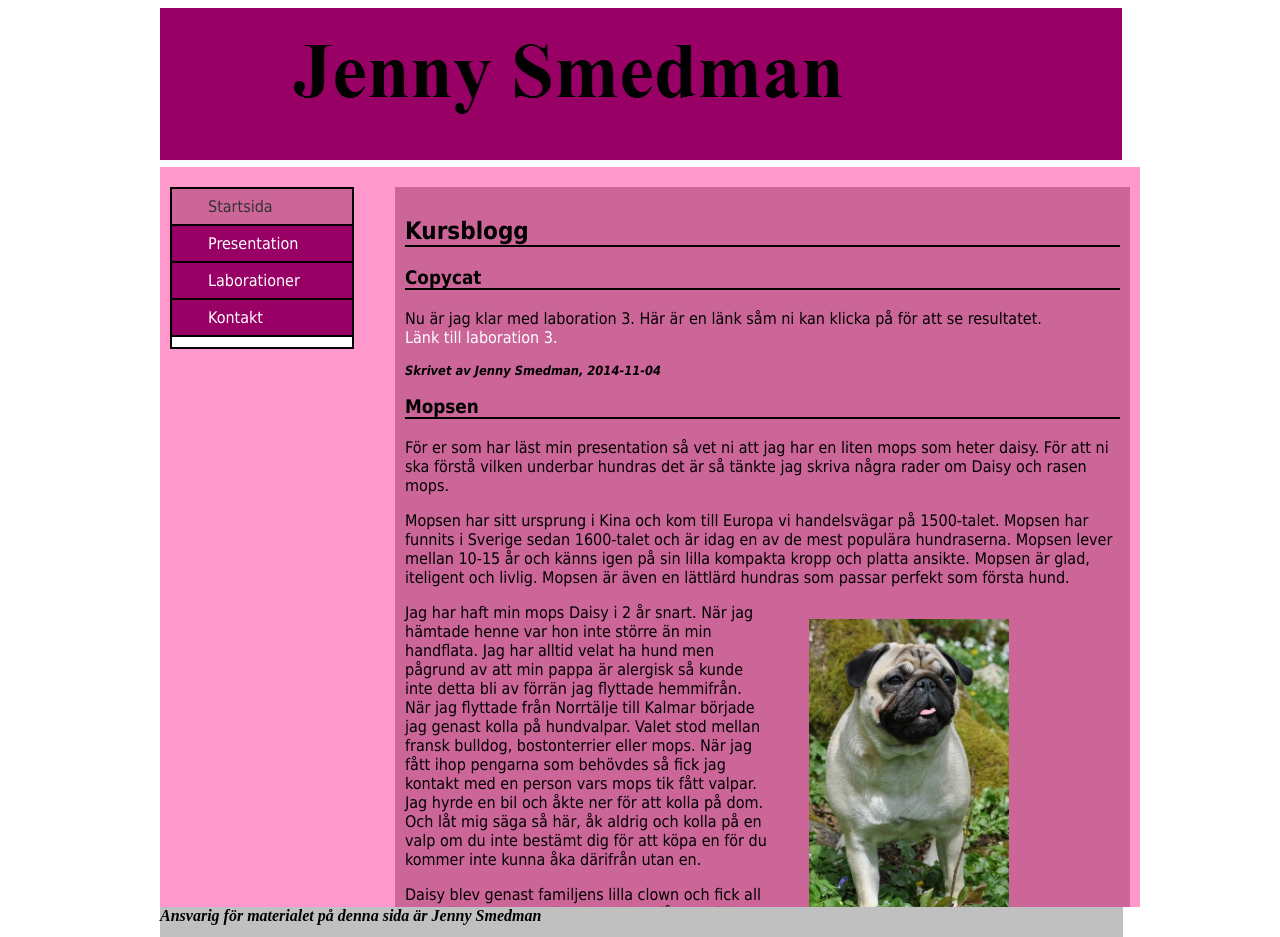
Repository: js223mx/1ik415-js223mx-laborationer
Page: pages/lab5index.html
The author's editor kept a record of every edit. The page is drawn from the files as they stood at one moment, then again after the next edit.
The browser window is 1280 px wide. The pictures show the whole page.
An inner scrolling area shows only its first screen.

Above is the page before.

### pages/lab5index.html
<!docktype html>
<html lang="sv">

    <head>

            <meta charset="utf-8" />
            <meta name="viewport" content="width=device-width, initial-scale=1" />
            <title>Jenny Smedmans webbsida</title>

            <link rel="stylesheet" media="screen and (max-width: 480px)" href="../css/sp.css" />
            <link rel="stylesheet" media="screen and (min-width: 481px)" href="../css/lab5.css" />


  </head>
    <body>


    <div id="container">
    <header id="header">
            <div class="loggodiv"></div>
            </header>

    <main>
            <nav id="navside">
            <a href="../index.html" class="active">Startsida</a>
            <a href="presentation.html">Presentation</a>
            <a href="laborationer.html">Laborationer</a>
            <a href="kontakt.html">Kontakt</a>
            </nav>

            <section>

            <h2>Kursblogg</h2>

            <article>
                <h3 id="blogg">Copycat</h3>
                <p>Nu är jag klar med laboration 3. Här är en länk såm ni kan klicka på för att se resultatet.<br>
                    <a href="https://preview.c9.io/js223mx/uppgift-3-3/index.html?_c9_id=livepreview1&_c9_host=https://ide.c9.io">Länk till laboration 3.</a>
                </p>
                <p id="signed">Skrivet av Jenny Smedman, 2014-11-04</p>
            </article>

            <article>
                    <h3 id="blogg">Mopsen</h3>
                    <p>För er som har läst min presentation så vet ni att jag har en liten mops som heter daisy.
                        För att ni ska förstå vilken underbar hundras det är så tänkte jag skriva några rader om Daisy och rasen mops.
                    </p>
                    <p>Mopsen har sitt ursprung i Kina och kom till Europa vi handelsvägar på 1500-talet. Mopsen har funnits i Sverige sedan
                        1600-talet och är idag en av de mest populära hundraserna. Mopsen lever mellan 10-15 år och känns igen på sin lilla
                        kompakta kropp och platta ansikte. Mopsen är glad, iteligent och livlig. Mopsen är även en lättlärd hundras som passar
                        perfekt som första hund.
                    </p>
                    <figure class="right top">
                        <img src="../pics/daisy.jpg" alt="Detta är daisy." height="300" width="200" />
                        <figcaption>Detta är en bild på Daisy våren 2014.</figcaption>
                    </figure>

                    <p>Jag har haft min mops Daisy i 2 år snart. När jag hämtade henne var hon inte större än min handflata. Jag har alltid velat ha hund
                        men pågrund av att min pappa är alergisk så kunde inte detta bli av förrän jag flyttade hemmifrån. När jag flyttade från Norrtälje till
                        Kalmar började jag genast kolla på hundvalpar. Valet stod mellan fransk bulldog, bostonterrier eller mops. När jag fått ihop pengarna som
                        behövdes så fick jag kontakt med en person vars mops tik fått valpar. Jag hyrde en bil och åkte ner för att kolla på dom. Och låt mig säga
                        så här, åk aldrig och kolla på en valp om du inte bestämt dig för att köpa en för du kommer inte kunna åka därifrån utan en.
                    </p>
                    <p>Daisy blev genast familjens lilla clown och fick all uppmärksamhet en liten hund kan få. Hon fick dessutom mig att orka gå igenom
                        svåra tider och beslut. Hon är min bästa vän och vad som än händer så kan jag alltid lita på att hon blir lika glad när hon ser mig.
                    </p>
                    <p id="signed">Skrivet av Jenny Smedman, 2014-10-09</p>
            </article>
            <article>
                <h3 id="video">Videotaggen</h3>

                    <video controls width="320" height="240" preload="none" id="videon">
                        <source src="http://mirrorblender.top-ix.org/peach/bigbuckbunny_movies/big_buck_bunny_480p_stereo.ogg" type="video/ogg" />
                        <source src="http://download.blender.org/peach/bigbuckbunny_movies/big_buck_bunny_480p_surround-fix.avi" type="video/mpeg" />
                        <p>Din webbläsare stödjer inte video</p>
                    </video>

                    <p>Video med tillstånd av
                        <a href="http://www.bigbuckbunny.org/" target="_blank">Big Buck Bunny</a>
                    </p>
                   <p id="signed">Skrivet av Jenny Smedman, 2014-10-02</p>
            </article>

            <article>
                <h3 id="blogg">En ankarlänk</h3>

                    <p>Här kommer en länk till min bild som ligger på presentationssidan.</p><br>
                    <a href="presentation.html#jag">Länk till min bild</a>
                    <p id="signed">Skrivet av Jenny Smedman, 2014-10-01</p>
            </article>

            <article>
                <h3 id="blogg">En svg-bild</h3>

                    <p>Nu har jag skapat en svg-bild (Scalable Vector Graphics).</p>
                    <img id="svgbild" src="../pics/svgbild.svg" alt="Lite former" />
                <p id="signed">Skrivet av Jenny Smedaman, 2014-09-30</p>
            </article>

            <article>
                <h3 id="blogg">Ett första inlägg</h3>

                    <p>Hej alla! Detta är mitt första blogginlägg på min nya webbsida. Här kommer jag skriva lite om
                    de laborationer jag gör och hur det går för mig som nybliven student vid webbprogrammerarprogrammet.
                    </p>
                <p id="signed">Skrivet av Jenny, 2014-09-22</p>
            </article>

            <section id=aside>
                <aside>
                    <h2>Aside</h2>
                    <p>Nå mig på facebook</p>
                </aside>
            </section>
             </section>
        </main>

        <footer id="ccfooter">Ansvarig för materialet på denna sida är Jenny Smedman</footer>
        </div>
    </body>

</html>

### css/lab5.css

html{
 height:100%;
}

body{
    background-color: #FFFFFF;
    min-height: 100% !important;
    height: 100;
}
#container{
    margin: 0 auto;
    width: 960px;
}
#header{
   height: 132px;
   width:942px;
   padding: 10px;


   margin-bottom: 7px;
   background-color: #990066;

}
.loggodiv{
   background-color: #990066;
    width: 940px;
    margin-bottom: 10px; background: url("min-logga.png") no-repeat;
    height: 120px;
    margin-left: auto;
    margin-right: auto;
}
main{
    width: 960px;
    margin-left: auto;
    margin-right: auto;
    overflow: scroll;
    background-color: #FF99CC;
    height: 100%;
    font-family: "Tahoma", Geneva, sans-serif;
    padding: 10px;

}

#navside{
    width: 180px;
    float: left;
    background-color: #FFFFFF;
    height: 22%;
    margin-right: 14px;
    margin-top:10px;
    border:2px solid black;
}
nav a{
    background: #990066;
	border-bottom: 2px solid black;
	color: #ccc;
	display: block;
	margin: 0px;
	padding: 8px 12px;
	text-decoration: none;
	text-indent: 24px;
}
nav a:hover
{
    background: #CC6699;
	color: #fff;
}
nav .active {
    background-color: #CC6699;
	color: #333;
}
section{
 display: block;
 background-color: #CC6699;
 width: 715px;
 margin-top: 10px;
 padding:10px;
 float:right;

}
article{

}
#aside{
 display:block;
 height:120px;
 width:145px;
 background-color:#FFFFFF;
 border: 2px solid black;
 padding: 5px;
 float:left;
}
#aside{
    width:181px;
}
#ccfooter{
    background-color: #C0C0C0;
    font-style: oblique;
    font-weight: bold;
    font-size: 100%;
    height:30px;
    width:963px;
}

h1{

}
h2{
    font-size: 150%;
    border-bottom: 2px solid black;
}
h3{
    border-bottom: 2px solid #000000;
    background-color:transparent;
    border-bottom: 2px solid black;
}
#signed{
    font-style: oblique;
    font-weight: bold;
    font-size: 80%;
}

main a {
    text-decoration: none;
    color: #FFFFFF;
}
main a:hover {
    text-decoration: underline;
}
figure{
    float:right;
}

### css/sp.css
html {

}
body {
    background-color: #FFCCCC;

}
#container {
    max-width: 480px;
    width:100%;
}
#content {
    padding:5px;
    background-color: #CC6699;
    font-family: "Tahoma", Geneva, sans-serif;
}
#header {
    display:none;
}
#footer {
    background-color: #C0C0C0;
}
#footer p {
    margin:0;
    text-align:center;
    padding:5px;
}
/* body backgroundcolor: #FFCCCC
    navigation backgroundcolor: #FFFFFF
    content backgroundcolor: #CC6699
    header backgroundcolor: #990066
    footer backgroundcolor: #C0C0C0 */
#svgbild
{
    width:100%;
}
div {

    background-color: #E0E0E0;
}
ul {
    list-style-type:none;
}


.h3{
    border-bottom: 2px solid #000000;
    background-color:transparent;
}

#signed {
    font-style: oblique;
    font-weight: bold;
    font-size: 80%;
}
#videon
{
    width:100%;
    margin-bottom:0px;
}
#blogg {
    margin-bottom:0px;
}
#content a {
    text-decoration: none;
    color: #FFFFFF;
}
#content a:hover {
    text-decoration: underline;
}
/*navigation---------------------------------------------------------*/

#navigation a:hover
{
    background: #CC6699;
	color: #fff;
}
#navigation a {
    background: #990066;
	border-bottom: 2px solid #393939;
	color: #ccc;
	display: block;
	margin: 0px;
	padding: 8px 12px;
	text-decoration: none;
	text-indent: 24px;
}
#navigation .active {
    background-color: #CC6699;
	color: #333;
}
.navlist {
    margin: 0;
    padding: 0;
    text-align: left;
}
.navlist li {
    list-style-type: none;
    padding-top: 0;

    margin-bottom: 0;
    line-height: 1.5em;
    position: relative;
}

/*table---------------------------------------------------------*/
table {
    display: none;
}

/*form---------------------------------------------------------*/

#legend {
    font-weight: bold;
    margin-bottom: 12px;
}
#fieldset {

    width: 100%;
    padding-left:0px;
    padding-right:0px;
    margin-left:0px;
    margin-right:0px;
    background-color: #FFFFFF;
}
#select {
    margin-bottom: 12px;
}
#Text {
    margin-top: 12px;
    margin-bottom: 12px;
    margin-left: 9px;
}
#Textlabel {
    position: relative;
    bottom: 48px;
}
#name {
    margin-top: 17px;
}
#submit {
    margin-top: 12px;
    margin-left: 54px;
}


/*images---------------------------------------------------------*/
#daisy {
    float: right;
    padding:1px;
    border:3px solid #990066;
    background-color:#990066;
}

After the next edit:
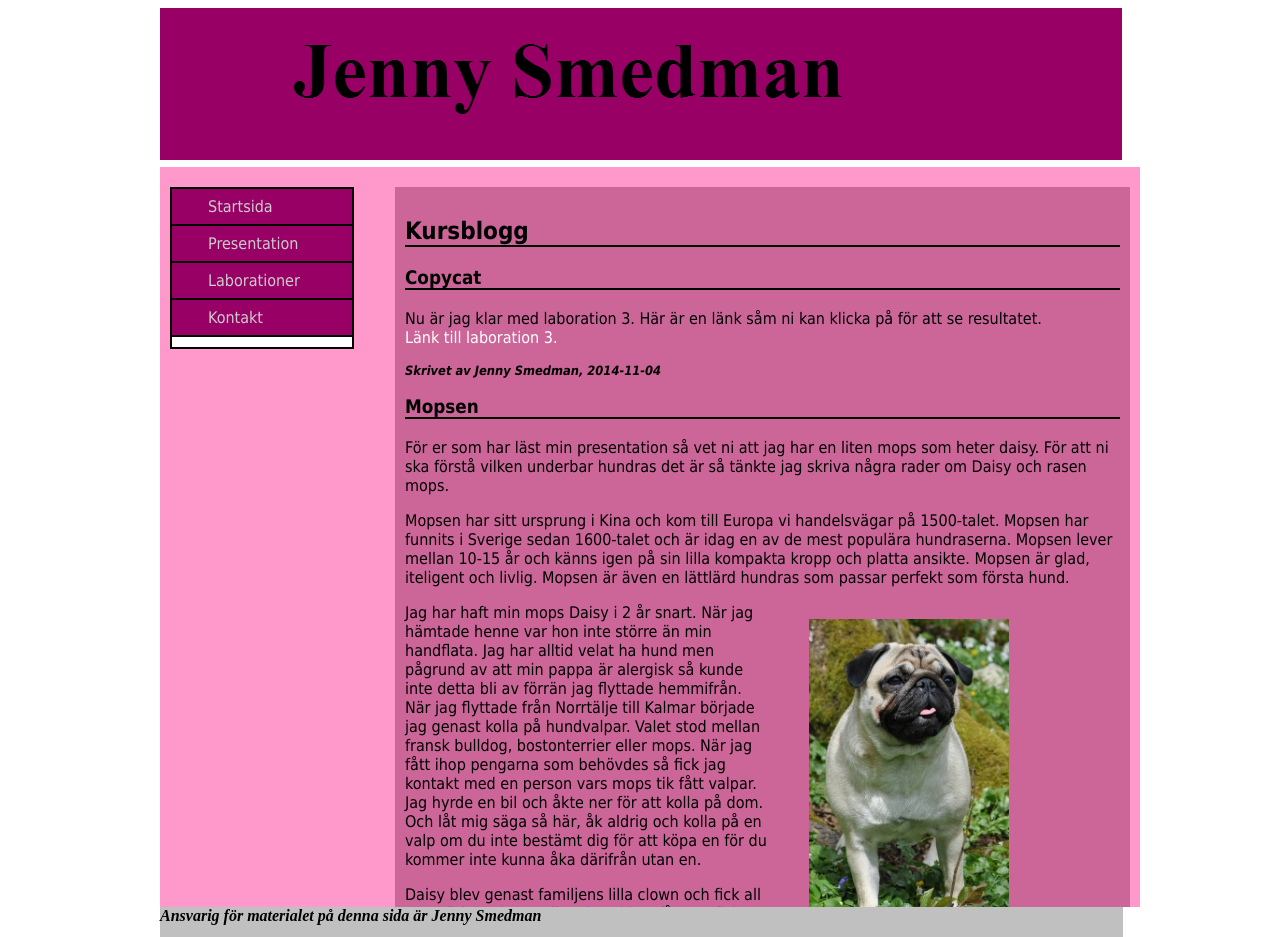
The edit:
--- a/css/lab5.css
+++ b/css/lab5.css
@@ -51,7 +51,7 @@
     margin-top:10px;
     border:2px solid black;
 }
-nav a{
+#navside a{
     background: #990066;
 	border-bottom: 2px solid black;
 	color: #ccc;
